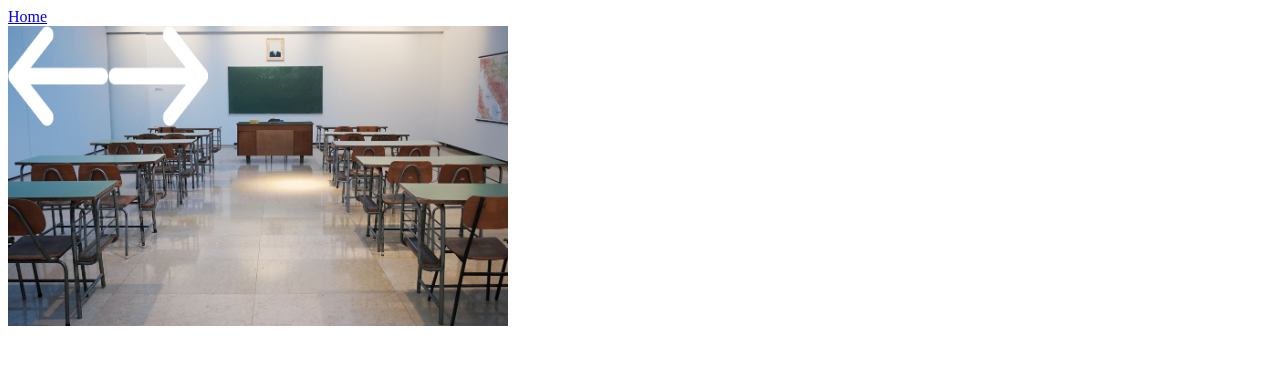
Repository: sierralaurent/Class08-UseEffect
Page: /carouselPage
The author's editor kept a copy of each file at every save. The page is drawn from the files as they stood at one save, then again after the next save.
The browser window is 1280 px wide. The pictures show the whole page.
The project was rebuilt for these pictures with package versions that can differ from the ones it lists, and the page was loaded fresh each time. The framework's server and built-in components were replaced by stand-ins that run in the browser. Also part of the build but not shown: next.config.js.

Above is the page before, as saved 2023-02-20 17:02:06.

After the next save:
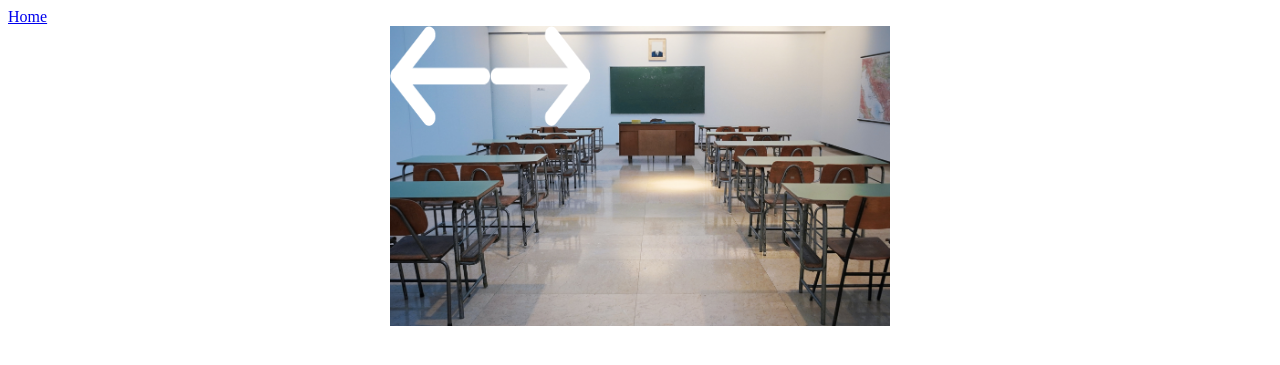
Saved 25 s later.
--- a/components/carousel/carousel.module.css
+++ b/components/carousel/carousel.module.css
@@ -1,5 +1,7 @@
 /** flex or grid on stylzijg the pages**/
 
 .carousel {
-    color: aqua;
+    display: flex;
+    justify-content: center;
+    align-items: center;
 }
